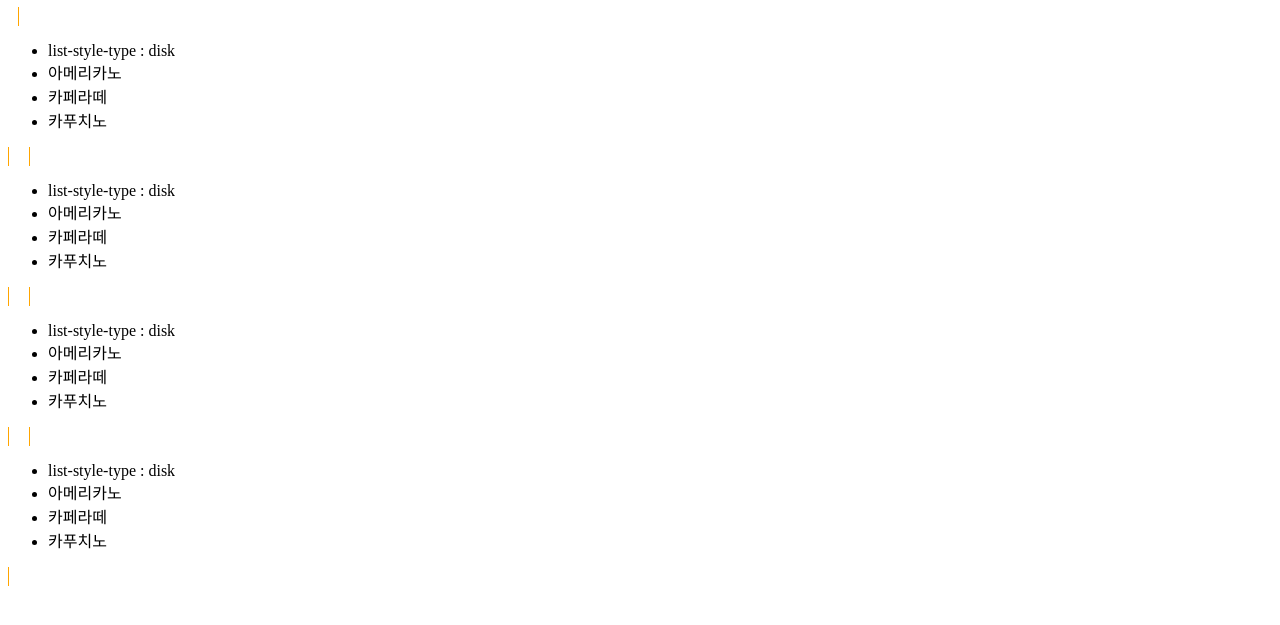
Repository: yul3220/WebProgrammingLecture
Page: webpro/WebContent/2021-01-08/리스트스타일.html
An editor plug-in stored every save of this project. The page is shown before and after the next save, followed by the edit.
The browser window is 1280 px wide. The pictures show the whole page.

Above is the page before, as saved 2021-01-08 02:09:15.

### webpro/WebContent/2021-01-08/리스트스타일.html
<!DOCTYPE html>
<html>
<head>
<meta charset="UTF-8">
<title>Insert title here</title>
<link rel = "stylesheet" href = "../css/public.css">
<style>
div{
	width : 200px;
	height : 150px;
	border : 1px double orange;
	margin : 10px;
	/*div는 블럭요소*/
	display : inline;
}
</style>
</head>
<body>
<div>
	<ul>
  		<li>list-style-type : disk</li>
  		<li>아메리카노</li>
  		<li>카페라떼</li>
  		<li>카푸치노</li>
	</ul>
</div>

<div>
	<ul>
  		<li>list-style-type : disk</li>
  		<li>아메리카노</li>
  		<li>카페라떼</li>
  		<li>카푸치노</li>
	</ul>
</div>

<div>
	<ul>
  		<li>list-style-type : disk</li>
  		<li>아메리카노</li>
  		<li>카페라떼</li>
  		<li>카푸치노</li>
	</ul>
</div>

<div>
	<ul>
  		<li>list-style-type : disk</li>
  		<li>아메리카노</li>
  		<li>카페라떼</li>
  		<li>카푸치노</li>
	</ul>
</div>


</body>
</html>

### webpro/WebContent/css/public.css
@CHARSET "UTF-8";
pre{
	background-color : #BFF5F3;
	font-size : 12px;
}

After the next save:
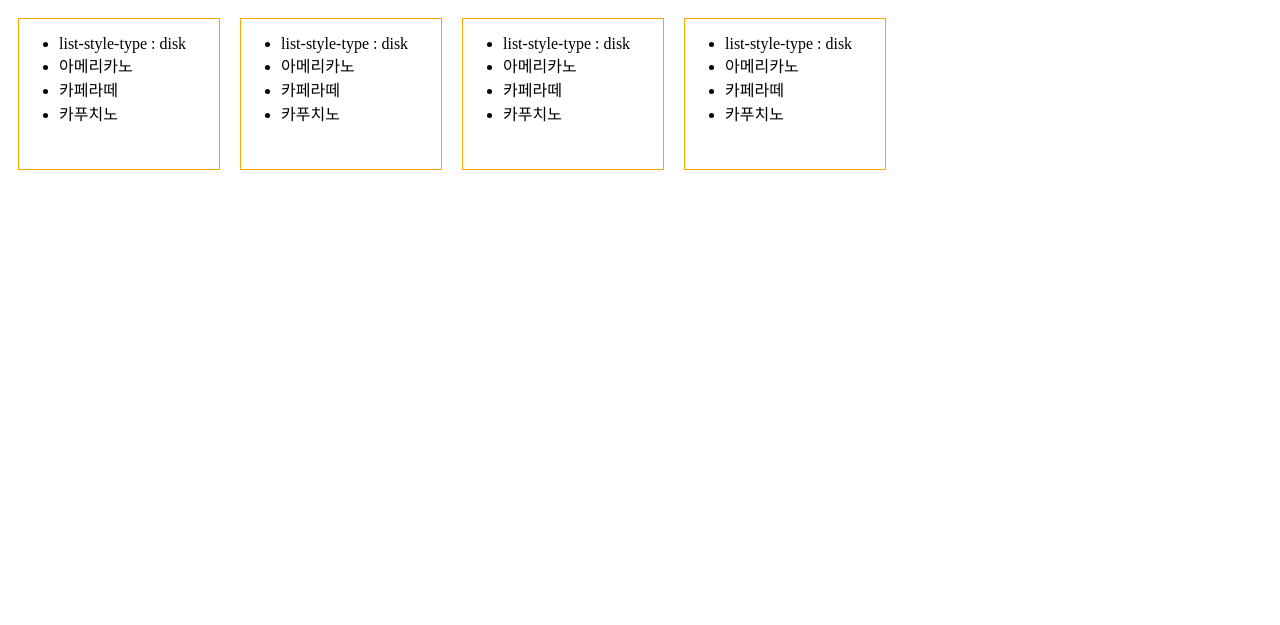
Saved 42 s later.
--- a/webpro/WebContent/2021-01-08/리스트스타일.html
+++ b/webpro/WebContent/2021-01-08/리스트스타일.html
@@ -11,7 +11,7 @@ div{
 	border : 1px double orange;
 	margin : 10px;
 	/*div는 블럭요소*/
-	display : inline;
+	float : left;
 }
 </style>
 </head>
